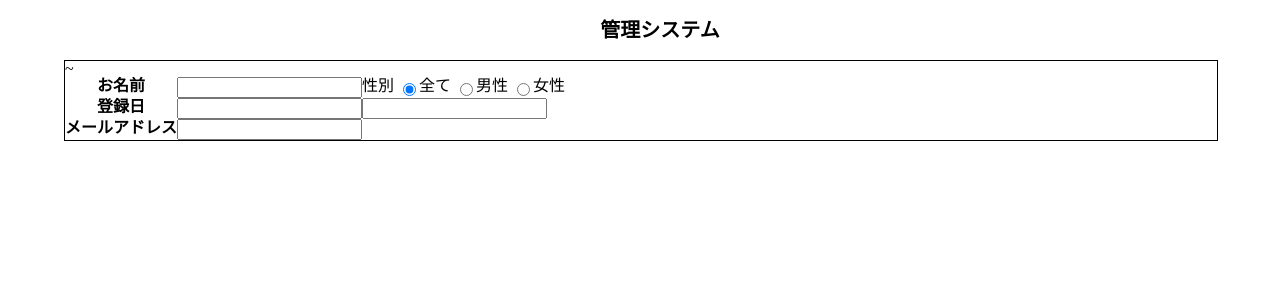
Repository: masanarimiura/20220723_miura_advance_test
Page: http://localhost/manage
These files come from the project's save history. The page is drawn as it stood at one moment and after a run of saves; the edit follows.
The browser window is 1280 px wide. The pictures show the whole page.
The page is served by the project's Laravel application, run on PHP 8.4 with Laravel 8.

Above is the page before, as saved 2022-07-19 20:16:32.

After the next 5 saves:
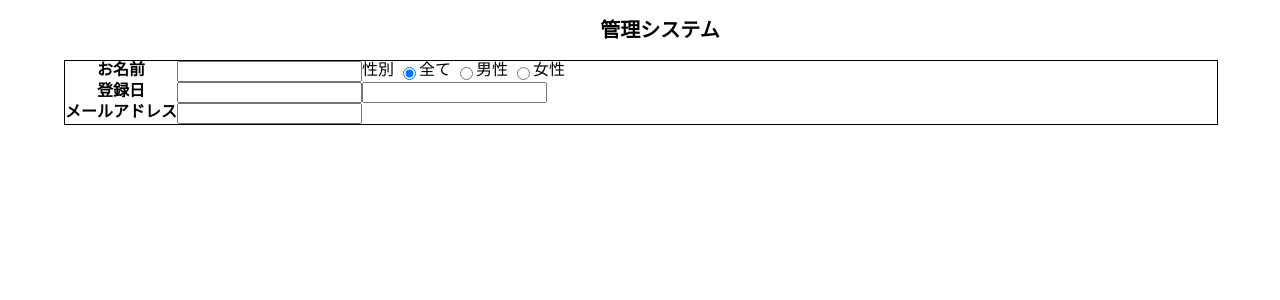
The 5 saves are shown as one change because they came seconds apart.
The last was saved 42 s later.
--- a/resources/views/manage.blade.php
+++ b/resources/views/manage.blade.php
@@ -151,7 +151,7 @@
             <td>
               <input type="text" name="begin-search-date" value="" >
             </td>
-              <span>~</span>
+              <p></p>
             <td>
               <input type="text" name="end-search-date" value="" >
             </td>

After the save that followed:
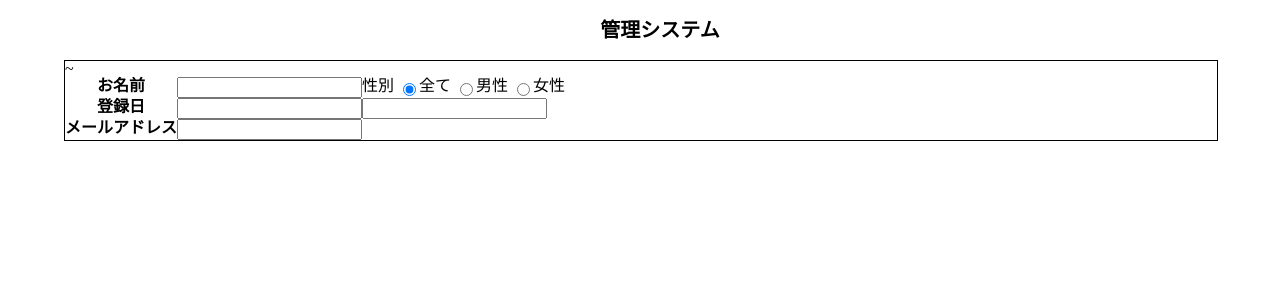
Saved 6 s later.
--- a/resources/views/manage.blade.php
+++ b/resources/views/manage.blade.php
@@ -151,7 +151,7 @@
             <td>
               <input type="text" name="begin-search-date" value="" >
             </td>
-              <p></p>
+              <span>~</span>
             <td>
               <input type="text" name="end-search-date" value="" >
             </td>
